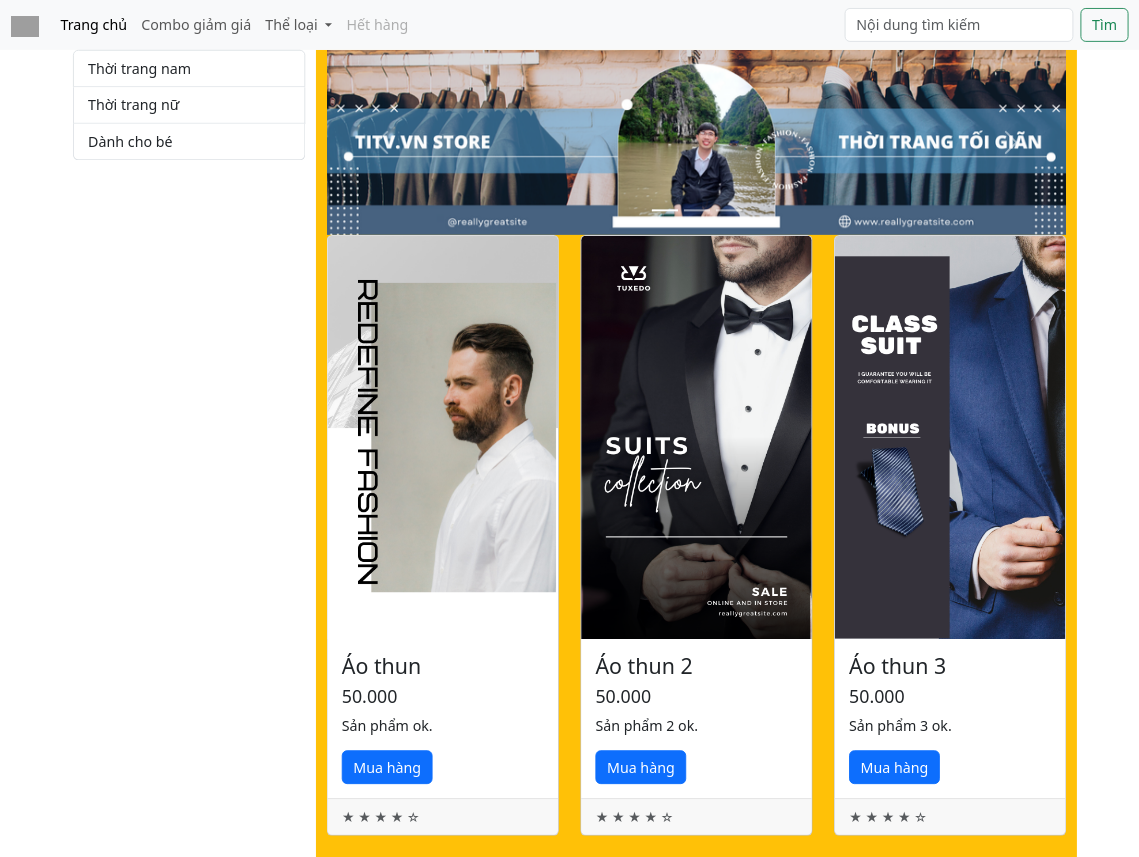
Repository: PhiKhongHoang/JSP-Servlet
Page: bai4_bootstrap/src/main/webapp/index.html
The author's editor kept a copy of each file at every save. The page is drawn from the files as they stood at one save, then again after the next save.
The browser window is 1280 px wide. The pictures show the whole page, at 89% of full size.
Pictures or frames that could not be fetched are drawn as grey boxes.

Above is the page before, as saved 2024-02-16 14:13:49.

After the next save:
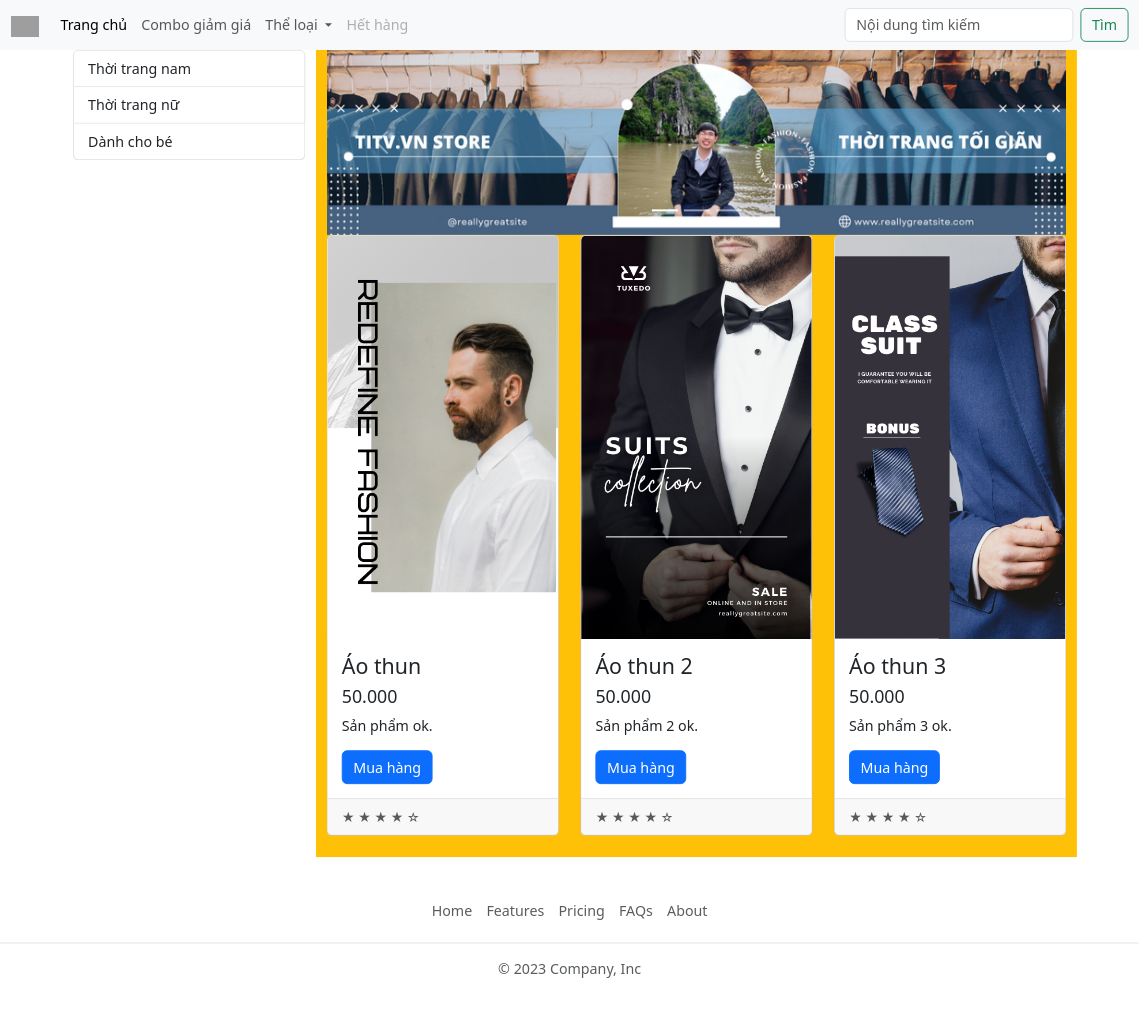
Saved 6 min 0 s later.
--- a/bai4_bootstrap/src/main/webapp/index.html
+++ b/bai4_bootstrap/src/main/webapp/index.html
@@ -123,9 +123,8 @@
 								<a href="#" class="btn btn-primary">Mua hàng</a>
 							</div>
 							<div class="card-footer">
-								<small class="text-muted">
-									&#9733; &#9733; &#9733; &#9733; &#9734;
-								</small>
+								<small class="text-muted"> &#9733; &#9733; &#9733;
+									&#9733; &#9734; </small>
 							</div>
 						</div>
 					</div>
@@ -139,9 +138,8 @@
 								<a href="#" class="btn btn-primary">Mua hàng</a>
 							</div>
 							<div class="card-footer">
-								<small class="text-muted">
-									&#9733; &#9733; &#9733; &#9733; &#9734;
-								</small>
+								<small class="text-muted"> &#9733; &#9733; &#9733;
+									&#9733; &#9734; </small>
 							</div>
 						</div>
 					</div>
@@ -155,9 +153,8 @@
 								<a href="#" class="btn btn-primary">Mua hàng</a>
 							</div>
 							<div class="card-footer">
-								<small class="text-muted">
-									&#9733; &#9733; &#9733; &#9733; &#9734;
-								</small>
+								<small class="text-muted"> &#9733; &#9733; &#9733;
+									&#9733; &#9734; </small>
 							</div>
 						</div>
 					</div>
@@ -168,5 +165,23 @@
 		</div>
 	</div>
 	<!-- and page content -->
+
+	<!-- footer -->
+	<footer class="py-3 my-4">
+		<ul class="nav justify-content-center border-bottom pb-3 mb-3">
+			<li class="nav-item"><a href="#"
+				class="nav-link px-2 text-body-secondary">Home</a></li>
+			<li class="nav-item"><a href="#"
+				class="nav-link px-2 text-body-secondary">Features</a></li>
+			<li class="nav-item"><a href="#"
+				class="nav-link px-2 text-body-secondary">Pricing</a></li>
+			<li class="nav-item"><a href="#"
+				class="nav-link px-2 text-body-secondary">FAQs</a></li>
+			<li class="nav-item"><a href="#"
+				class="nav-link px-2 text-body-secondary">About</a></li>
+		</ul>
+		<p class="text-center text-body-secondary">© 2023 Company, Inc</p>
+	</footer>
+	<!-- end footer -->
 </body>
 </html>
